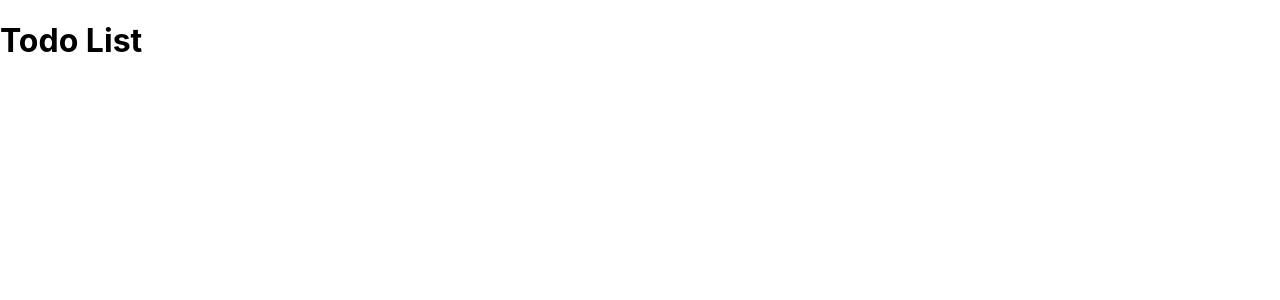
Repository: badhon252/todo-app
Page: /
An editor plug-in stored every save of this project. The page is shown before and after the next save, followed by the edit.
The browser window is 1280 px wide. The pictures show the whole page.
Some web libraries are served in a nearby version. The project was rebuilt for these pictures with package versions that can differ from the ones it lists, and the page was loaded fresh each time. Imported but missing from the stored project, and not drawn on this page: src/Styles/style.

Above is the page before, as saved 2022-01-26 12:02:18.

### public/index.html
<!DOCTYPE html>
<html lang="en">

<head>
  <meta charset="utf-8" />
  <link rel="icon" href="%PUBLIC_URL%/favicon.ico" />
  <meta name="viewport" content="width=device-width, initial-scale=1" />
  <meta name="theme-color" content="#000000" />
  <meta name="description" content="Web site created using create-react-app" />
  <link rel="apple-touch-icon" href="%PUBLIC_URL%/logo192.png" />

  <link rel="manifest" href="%PUBLIC_URL%/manifest.json" />

  <link rel="stylesheet" href="https://pro.fontawesome.com/releases/v5.10.0/css/all.css"
    integrity="sha384-AYmEC3Yw5cVb3ZcuHtOA93w35dYTsvhLPVnYs9eStHfGJvOvKxVfELGroGkvsg+p" crossorigin="anonymous" />
  <title>React App</title>
</head>

<body>
  <noscript>You need to enable JavaScript to run this app.</noscript>
  <div id="root"></div>
  <!--
      This HTML file is a template.
      If you open it directly in the browser, you will see an empty page.

      You can add webfonts, meta tags, or analytics to this file.
      The build step will place the bundled scripts into the <body> tag.

      To begin the development, run `npm start` or `yarn start`.
      To create a production bundle, use `npm run build` or `yarn build`.
    -->
</body>

</html>

### src/App.js
import Todo from "./components/Todo";

function App() {
  return (
    <div className="App">
      <Todo />
    </div>
  );
}

export default App;

### src/components/Todo.js
import React from "react";

export default function Todo() {
  return (
    <div className="main-div">
      <h1>Todo List</h1>
    </div>
  );
}

Loaded but not shown: src/index.js (common file); src/index.css (common file); src/reportWebVitals.js (common file)

After the next save:
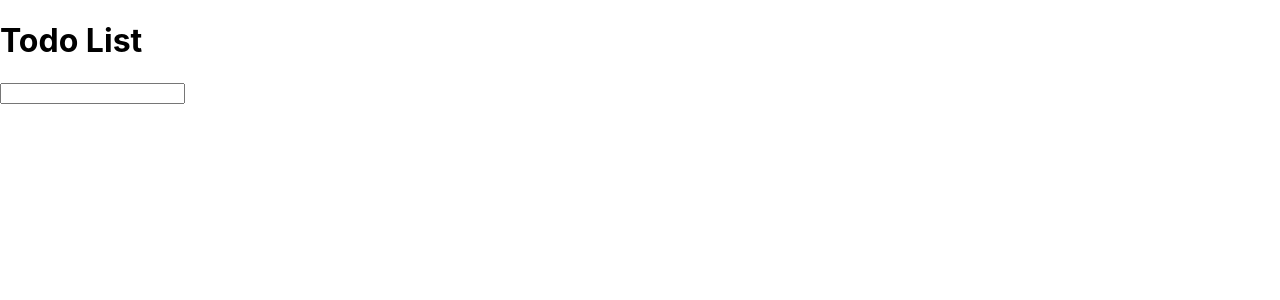
Saved 45 s later.
--- a/src/components/Todo.js
+++ b/src/components/Todo.js
@@ -1,9 +1,10 @@
 import React from "react";
-
+import "../Styles/style";
 export default function Todo() {
   return (
     <div className="main-div">
       <h1>Todo List</h1>
+      <input type="text" name="" id="" />
     </div>
   );
 }
